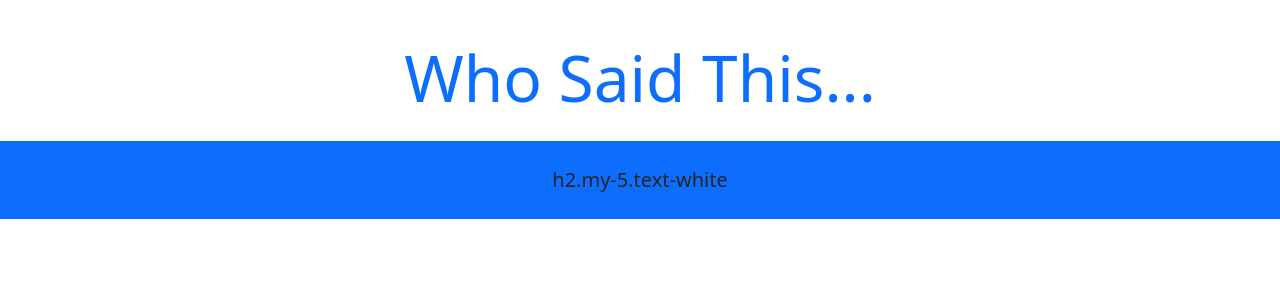
Repository: julihocc/netninja-quiz
Page: index.html
The author's editor kept a copy of each file at every save. The page is drawn from the files as they stood at one save, then again after a run of saves.
The browser window is 1280 px wide. The pictures show the whole page.

Above is the page before, as saved 2022-09-27 19:10:06.

### index.html
<!DOCTYPE html>
<html lang="en">

<head>
    <meta charset="UTF-8">
    <meta http-equiv="X-UA-Compatible" content="IE=edge">
    <meta name="viewport" content="width=device-width, initial-scale=1.0">

    <!-- CSS only -->
    <link href="https://cdn.jsdelivr.net/npm/bootstrap@5.2.1/dist/css/bootstrap.min.css" rel="stylesheet"
        integrity="sha384-iYQeCzEYFbKjA/T2uDLTpkwGzCiq6soy8tYaI1GyVh/UjpbCx/TYkiZhlZB6+fzT" crossorigin="anonymous">

    <title>Who Said It...</title>
</head>

<body>

    <div class="intro py-3 bg-white text-center">
        <div class="container">
            <h2 class="text-primary display-3 my-4">
                Who Said This...
            </h2>
        </div>

        <div class="quiz py-4 bg-primary">
            <div class="container lead">
                h2.my-5.text-white
            </div>
        </div>
    <script src="app.js"></script>
</body>

</html>

Loaded but not shown: app.js (no stored copy; drawn as an empty file)

After the next 2 saves:
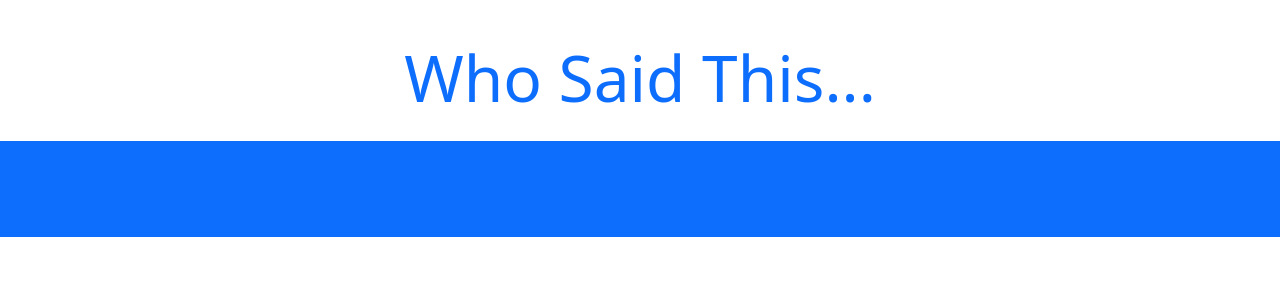
The 2 saves are shown as one change because they came seconds apart.
The last was saved 10 s later.
--- a/index.html
+++ b/index.html
@@ -24,7 +24,9 @@
 
         <div class="quiz py-4 bg-primary">
             <div class="container lead">
-                h2.my-5.text-white
+                <h2 class="my-5 text-white">
+
+                </h2>
             </div>
         </div>
     <script src="app.js"></script>
